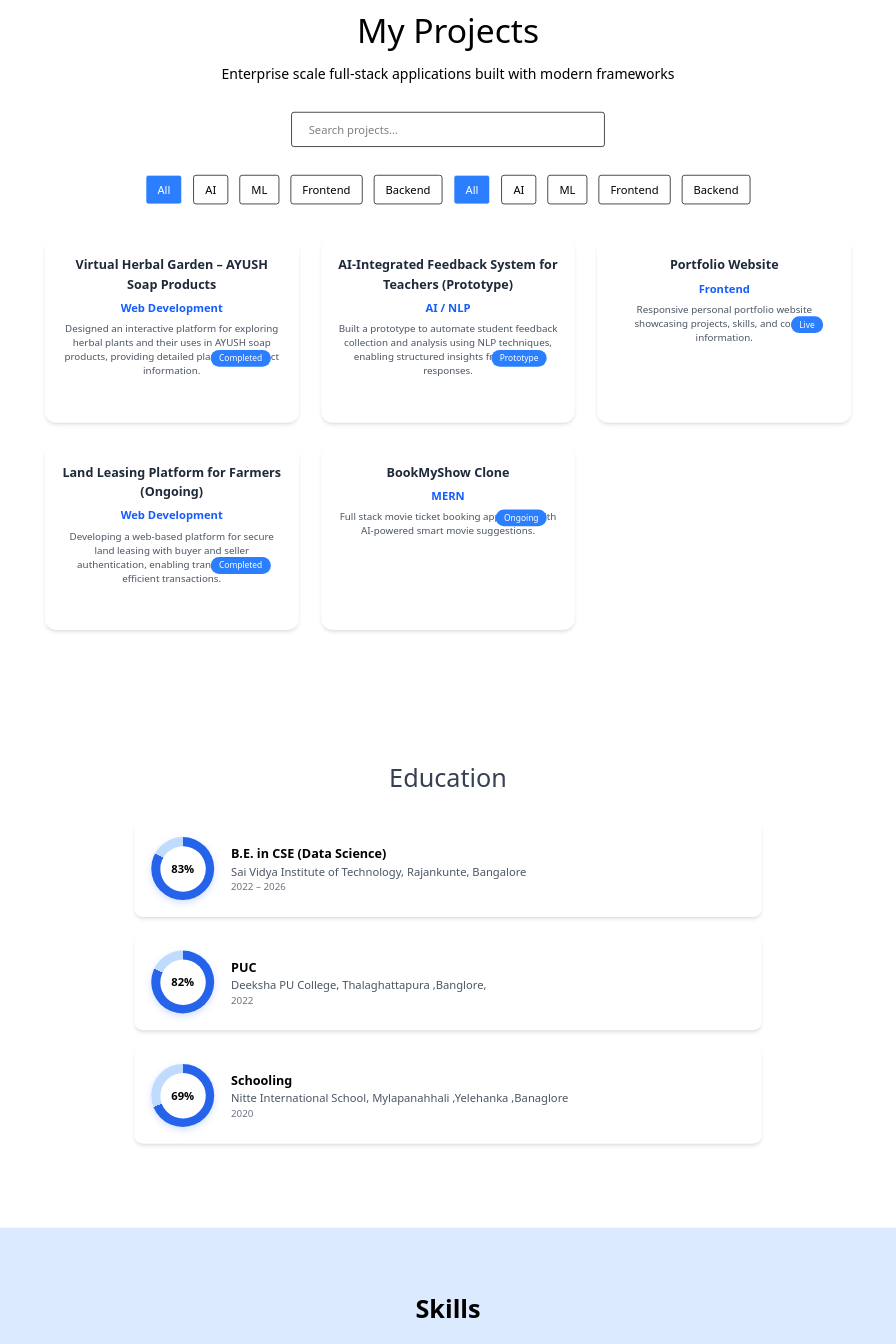
Repository: Rhaashee/myProfile
Page: index.html
The author's editor kept a copy of each file at every save. The page is drawn from the files as they stood at one save, then again after the next save.
The browser window is 1280 px wide. The pictures show the part of the page from y = 877 to 2797 px (the page is 3487 px tall before and 3365 px after), at 70% of full size.

Above is the page before, as saved 2026-04-29 16:43:43.
Console error: SyntaxError: Identifier 'projectsData' has already been declared

After the next save:
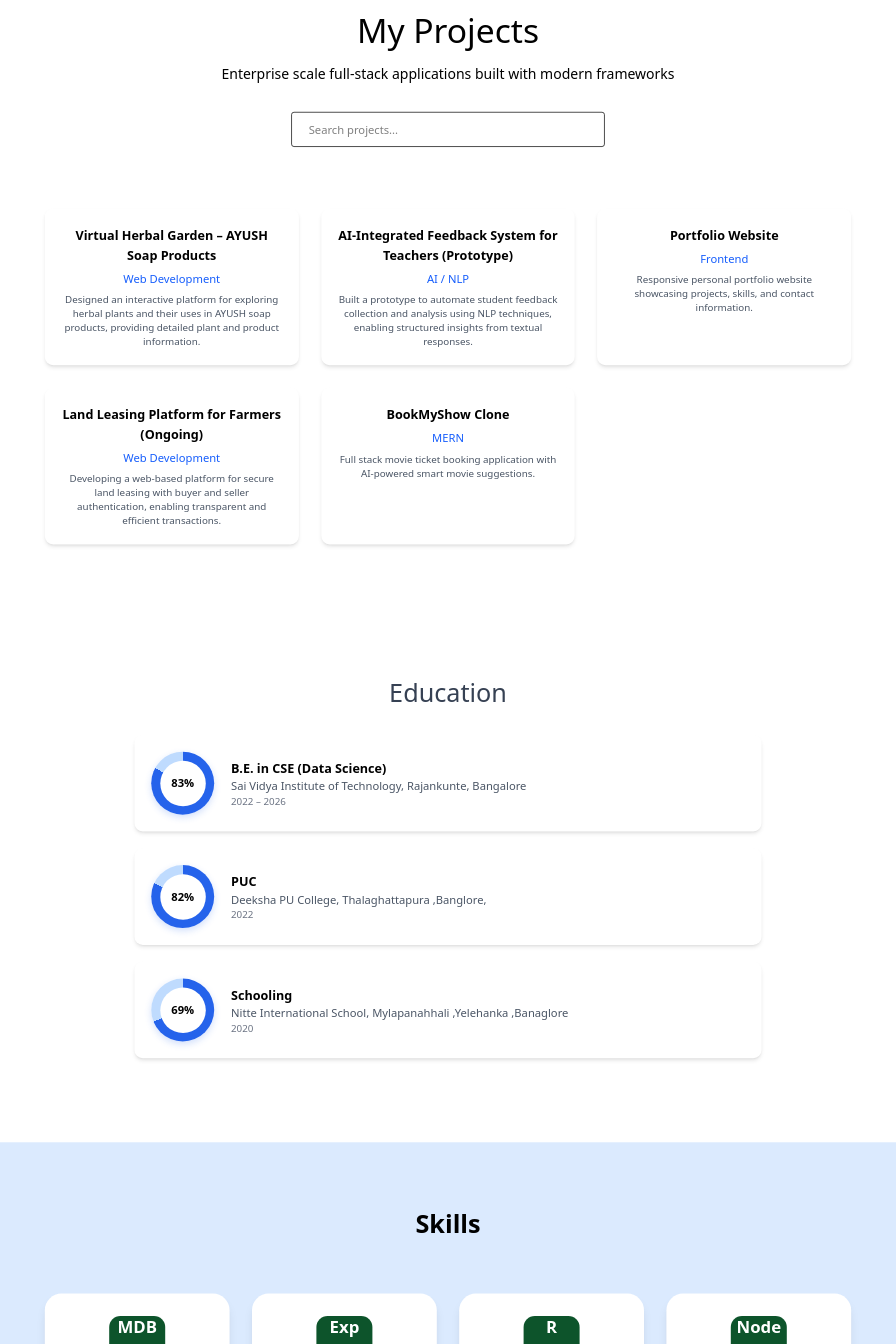
Saved 2 min 47 s later.
--- a/js/features/project-filter.js
+++ b/js/features/project-filter.js
@@ -1,80 +1,26 @@
-// RENDER + FILTER UI
-let currentFilter = "All";
+function renderProjects(projects) {
+  const container = document.getElementById("projects-container");
+  container.innerHTML = "";
 
-// 🎯 RENDER PROJECTS
-function renderProjects(projects) {
-    const container = document.getElementById("projects-container");
-    container.innerHTML = "";
+  projects.forEach((project) => {
 
-    projects.forEach((project) => {
+    const card = document.createElement("div");
+    card.className =
+      "bg-white dark:bg-blue-50 p-6 rounded-xl shadow-md text-center";
 
-        const card = document.createElement("div");
-        card.className =
-            "bg-white dark:bg-blue-50 text-gray-800 rounded-2xl shadow-md p-6 pb-12 text-center hover:shadow-xl transition";
+    const title = document.createElement("h2");
+    title.className = "text-lg font-bold mb-2";
+    title.textContent = project.name;
 
-        const wrapper = document.createElement("div");
-        wrapper.className = "relative";
+    const category = document.createElement("p");
+    category.className = "text-blue-600 mb-2";
+    category.textContent = project.category;
 
-        // STATUS BADGE
-        const badge = document.createElement("span");
-        badge.className =
-            "absolute bottom-4 right-4 text-white text-xs px-3 py-1 rounded-full";
+    const desc = document.createElement("p");
+    desc.className = "text-gray-600 text-sm";
+    desc.textContent = project.description;
 
-        badge.classList.add("bg-blue-500");
-        badge.textContent = project.status;
-
-        const title = document.createElement("h2");
-        title.className = "text-lg font-semibold mb-2";
-        title.textContent = project.name;
-
-        const category = document.createElement("p");
-        category.className = "text-blue-600 font-semibold mb-2";
-        category.textContent = project.category;
-
-        const desc = document.createElement("p");
-        desc.className = "text-gray-600 text-sm mb-4";
-        desc.textContent = project.description;
-
-        wrapper.append(badge, title, category, desc);
-        card.appendChild(wrapper);
-        container.appendChild(card);
-    });
+    card.append(title, category, desc);
+    container.appendChild(card);
+  });
 }
-
-// 🎯 RENDER FILTER BUTTONS
-function renderFilters() {
-    const filterContainer = document.getElementById("project-filters");
-
-    const categories = ["All", "AI", "ML", "Frontend", "Backend"];
-
-    categories.forEach((cat) => {
-
-        const btn = document.createElement("button");
-
-        btn.textContent = cat;
-        btn.className =
-            "px-4 py-2 rounded border font-medium transition";
-
-        // active style
-        if (cat === currentFilter) {
-            btn.classList.add("bg-blue-500", "text-white");
-        }
-
-        btn.addEventListener("click", () => {
-            currentFilter = cat;
-
-            const filtered =
-                cat === "All"
-                    ? projectsData
-                    : projectsData.filter(p => p.category === cat);
-
-            renderProjects(filtered);
-
-            // re-render buttons to update active state
-            filterContainer.innerHTML = "";
-            renderFilters();
-        });
-
-        filterContainer.appendChild(btn);
-    });
-}
